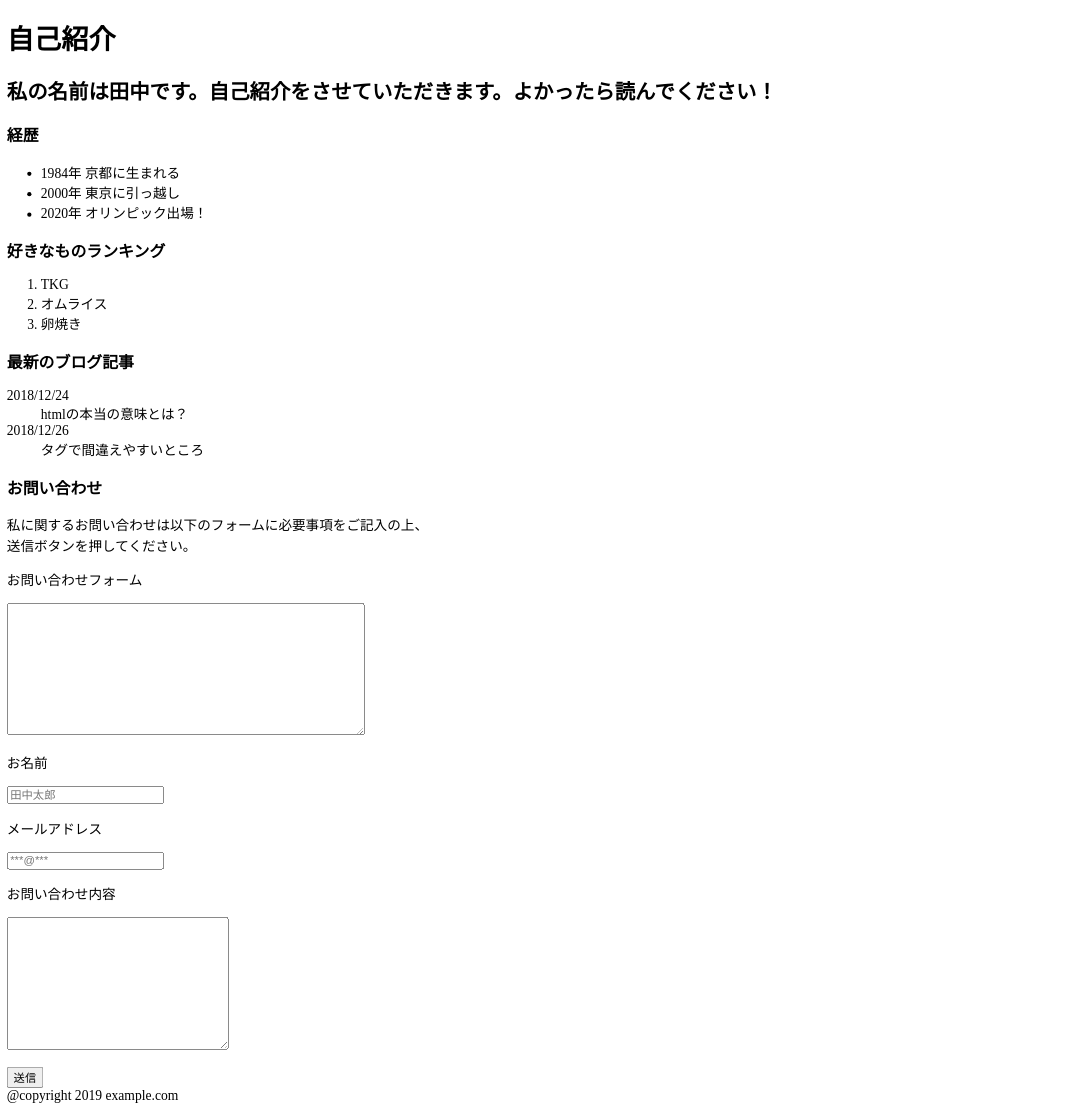
Repository: wairoku/suretigai1
Page: jack.html
The author's editor kept a copy of each file at every save. The page is drawn from the files as they stood at one save, then again after the next save.
The browser window is 1280 px wide. The pictures show the whole page, at 85% of full size.

Above is the page before, as saved 2019-01-02 20:30:03.

### jack.html
<!DOCTYPE html>

    <head>
      <meta charset='utf-8'>
    </head>
<body>

<h1>自己紹介</h1>
<h2>私の名前は田中です。自己紹介をさせていただきます。よかったら読んでください！</h2>


    <h3>経歴</h3>
<div>
    <ul>
        <li>1984年 京都に生まれる</li>
        <li>2000年 東京に引っ越し</li>
        <li>2020年 オリンピック出場！</li>
   </ul>
</div>

    <h3>好きなものランキング</h3>
<div>
    <ol>
        <li>TKG</li>
        <li>オムライス</li>
        <li>卵焼き</li>
    </ol>
</div>

    <h3>最新のブログ記事</h3>
<dl>
    <dt>2018/12/24<dt>
        <dd>htmlの本当の意味とは？</dd>
    <dt>2018/12/26<dt>
        <dd>タグで間違えやすいところ</dd>
</dl>



 <h3>お問い合わせ</h3>
私に関するお問い合わせは以下のフォームに必要事項をご記入の上、<br>
送信ボタンを押してください。

<p>お問い合わせフォーム</p>
<textarea name="" id="" cols="50" rows="10"></textarea>

<p>お名前</p>
<input type="text" placeholder="田中太郎">


<p>メールアドレス</p>
<input type="text" placeholder="***@***">


<p>お問い合わせ内容</p>
<textarea name="" id="" cols="30" rows="10"></textarea></p>
<input type="button" value="送信">


<footer>@copyright 2019 example.com</footer>


</body>

After the next save:
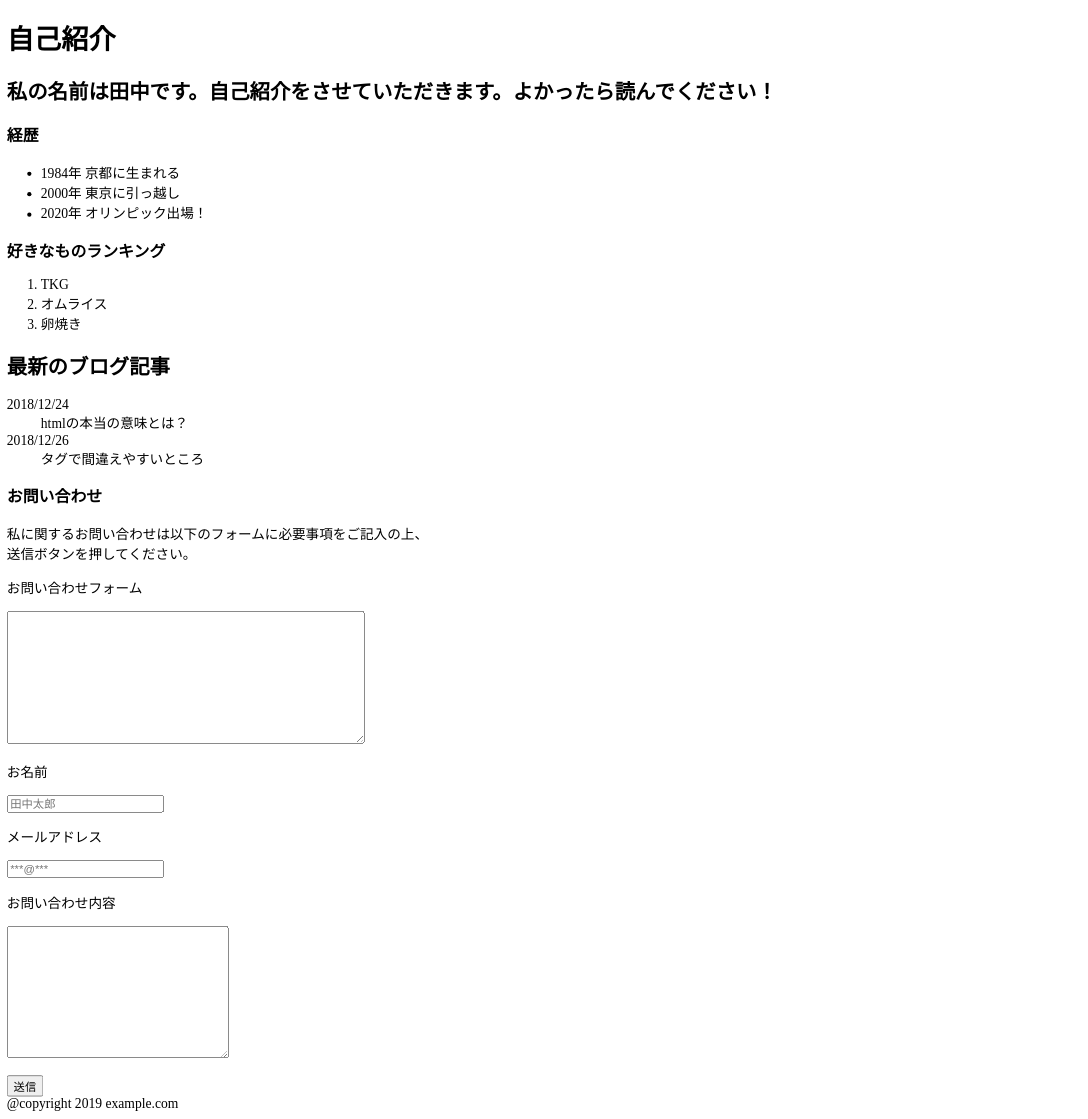
Saved 92 s later.
--- a/jack.html
+++ b/jack.html
@@ -27,7 +27,7 @@
     </ol>
 </div>
 
-    <h3>最新のブログ記事</h3>
+    <h2>最新のブログ記事</h2>
 <dl>
     <dt>2018/12/24<dt>
         <dd>htmlの本当の意味とは？</dd>
